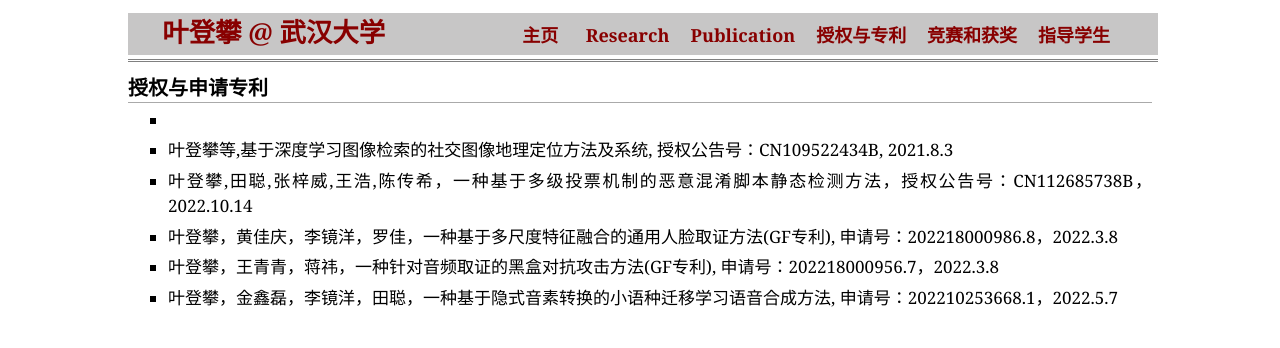
Repository: yedengpan/yedengpan.github.io
Page: patent.html
The author's editor kept a copy of each file at every save. The page is drawn from the files as they stood at one save, then again after the next save.
The browser window is 1280 px wide. The pictures show the whole page.

Above is the page before, as saved 2024-01-18 21:01:06.
Console error: SyntaxError: Unexpected token '%'

After the next save:
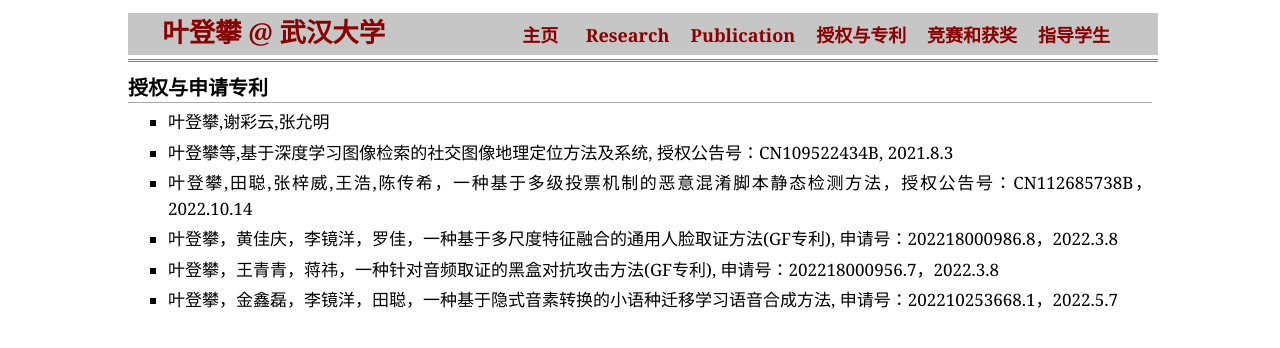
Saved 8 s later.
--- a/patent.html
+++ b/patent.html
@@ -35,7 +35,7 @@
             <ul>
                 <li>
                     <p style="text-align: justify;">
-
+                        叶登攀,谢彩云,张允明
                     </p>
 
                 </li>
